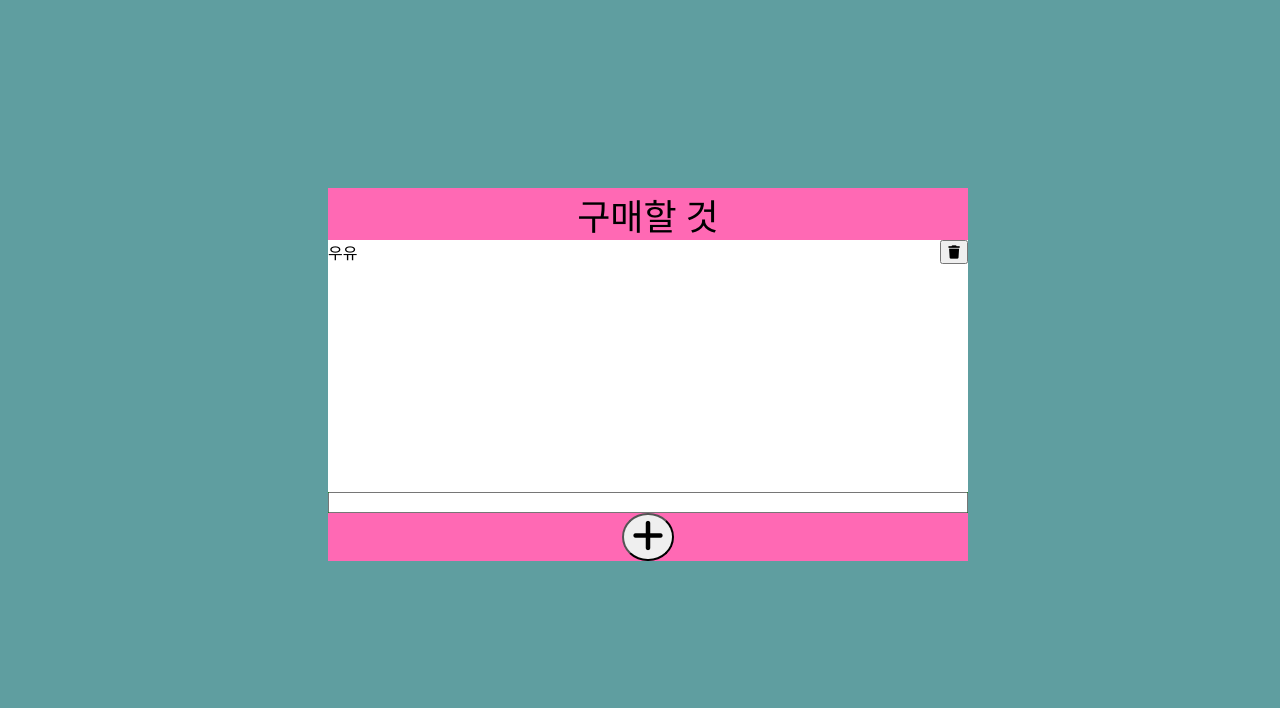
Repository: GoodHoneyCake/Dream_Coding_Academy5
Page: shopping_list/index.html
These files come from the project's save history. The page is drawn as it stood at one moment and after the next save; the edit follows.
The browser window is 1280 px wide. The pictures show the whole page.
Some web libraries are served in a nearby version.

Above is the page before, as saved 2021-01-29 17:31:41.

After the next save:
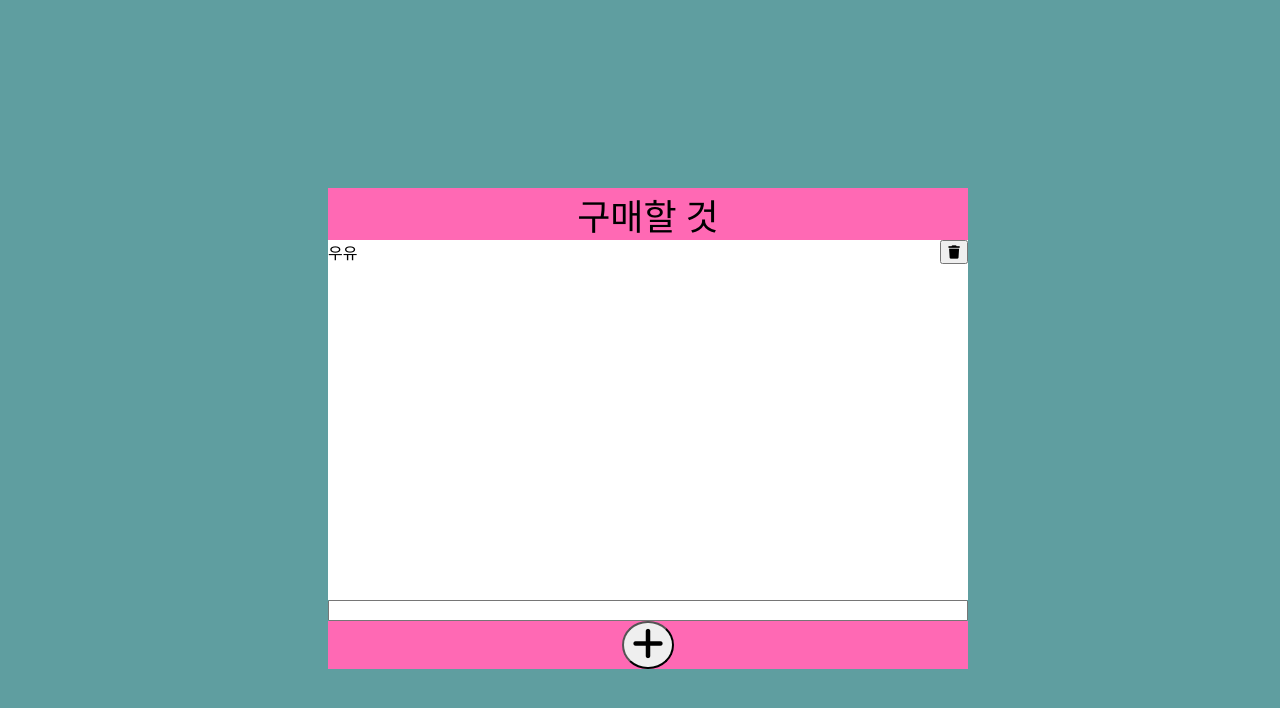
Saved 5 s later.
--- a/shopping_list/style.css
+++ b/shopping_list/style.css
@@ -32,7 +32,7 @@ body {
 
 .list {
   background-color: white;
-  height: 70%;
+  height: 100%;
   margin: 0;
   padding: 0;
   list-style: none;
